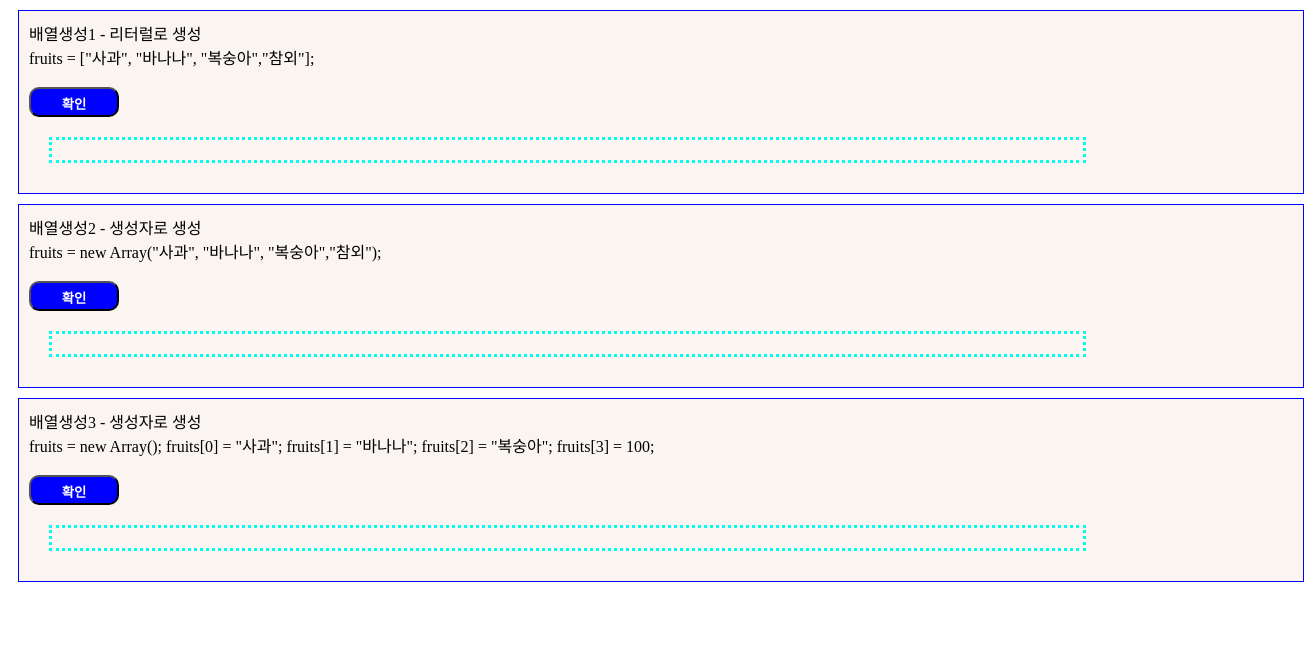
Repository: yul3220/WebProgrammingLecture
Page: webpro/WebContent/2021-01-14/배열지역.html
These files come from the project's save history. The page is drawn as it stood at one moment and after the next save; the edit follows.
The browser window is 1280 px wide. The page is 1304 px wide, so the pictures cover 1304 px, including what lies to the right of the window. The pictures show the whole page.
After loading, the first visible `input` was clicked once.

Above is the page before, as saved 2021-01-14 02:18:42.
Console error: ReferenceError: result is not defined

After the next save:
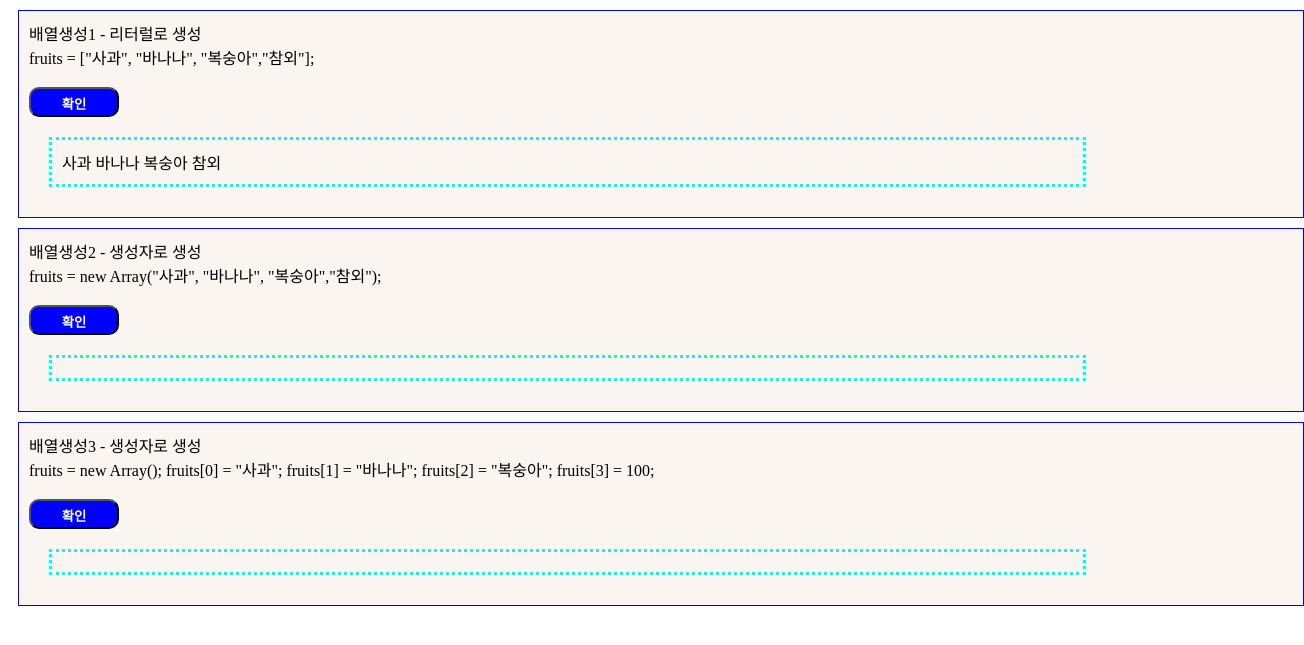
The error is gone.
Saved 3 min 21 s later.
--- a/webpro/WebContent/2021-01-14/배열지역.html
+++ b/webpro/WebContent/2021-01-14/배열지역.html
@@ -13,10 +13,10 @@
         var fruits1 = ["사과", "바나나", "복숭아","참외"];
 
         var result = document.querySelector('#result1');
-        print(fruits1);
+        print(fruits1, result);
     }
 
-    function print(fruits){
+    function print(fruits, result){
     	res ="";
 
         for(i = 0; i< fruits.length; i++){
@@ -26,19 +26,19 @@
     }
 
     function proc2(){
-    	fruits2 = new Array("사과", "바나나", "복숭아","참외");
-    	result = document.querySelector('#result2');
-    	print(fruits2);
+    	var fruits2 = new Array("사과", "바나나", "복숭아","참외");
+    	var result = document.querySelector('#result2');
+    	print(fruits2, result);
     }
 
 	function proc3(){
-		  fruits3 = new Array();
+		  var fruits3 = new Array();
 	  	  fruits3[0] = "사과";
 	  	  fruits3[1] = "바나나";
 	  	  fruits3[2] = "복숭아";
 	  	  fruits3[3] = 100;
-	  	  result = document.querySelector('#result3');
-	  	  print(fruits3);
+	  	  var result = document.querySelector('#result3');
+	  	  print(fruits3, result);
     }
 </script>
 </head>
